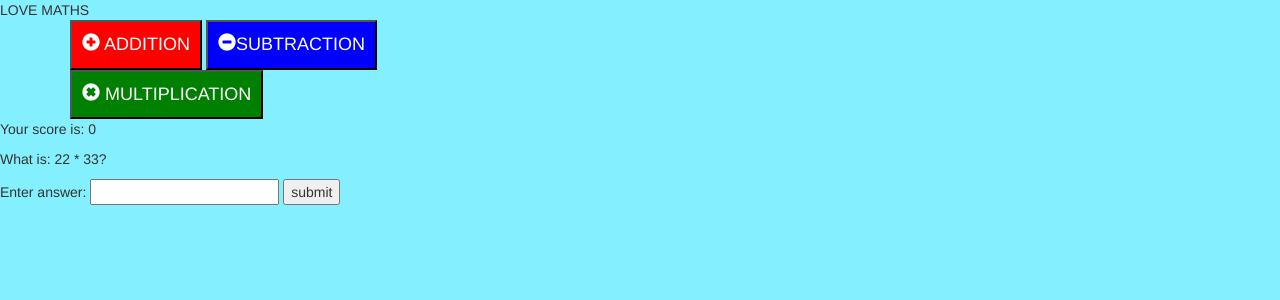
Repository: marstangg/mathgamefun
Page: index.html
The author's editor kept a record of every edit. The page is drawn from the files as they stood at one moment, then again after the next edit.
The browser window is 1280 px wide. The pictures show the whole page.

Above is the page before.

After the next edit:
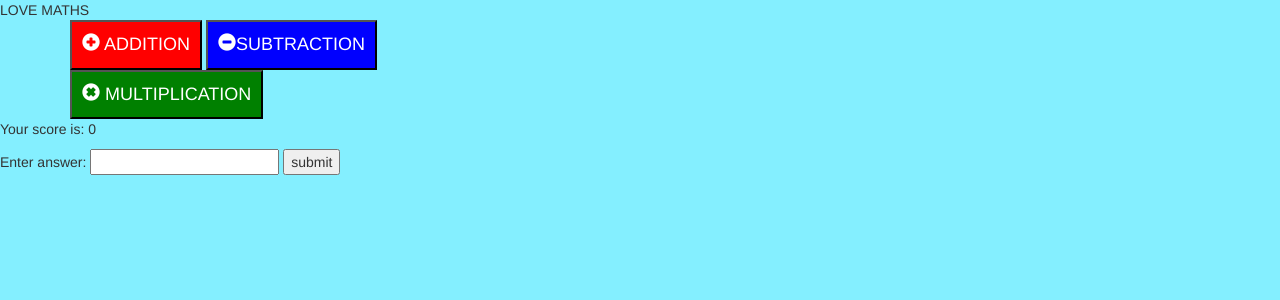
Console error: SyntaxError: Unexpected string
The edit:
--- a/math.js
+++ b/math.js
@@ -60,8 +60,8 @@
 function MultiplicationQuiz() {
     let num1 = Math.floor(Math.random() * 50);
     let num2 = Math.floor(Math.random() * 50);
-    questionbox.textContent = "What is: " + num1 + " * " + num2 + "?";
-    answerform["rightAnswer"].value = (num1 - num2);
+    questionbox.textContent = "What is: " + num1  " * " + num2  "?";
+    answerform["rightAnswer"].value = (num1 * num2);
 }
 
 MultiplicationQuiz();

After the edit that followed:
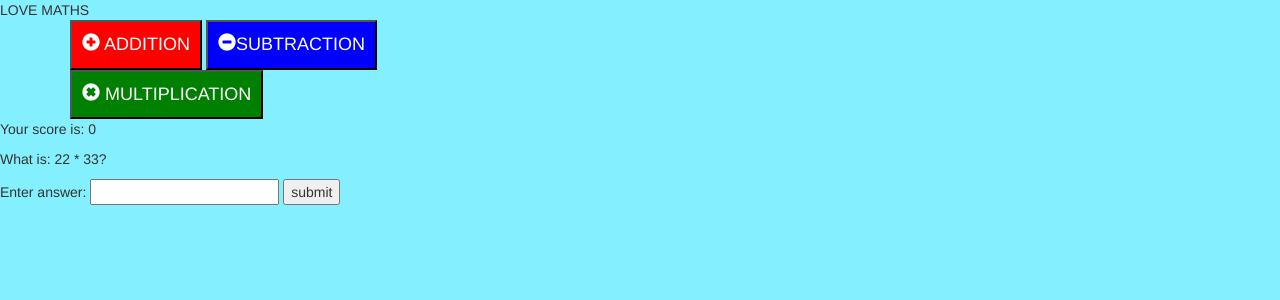
The error is gone.
The edit:
--- a/math.js
+++ b/math.js
@@ -60,7 +60,7 @@
 function MultiplicationQuiz() {
     let num1 = Math.floor(Math.random() * 50);
     let num2 = Math.floor(Math.random() * 50);
-    questionbox.textContent = "What is: " + num1  " * " + num2  "?";
+    questionbox.textContent = "What is: " + num1 +  " * " + num2 + "?";
     answerform["rightAnswer"].value = (num1 * num2);
 }
 
